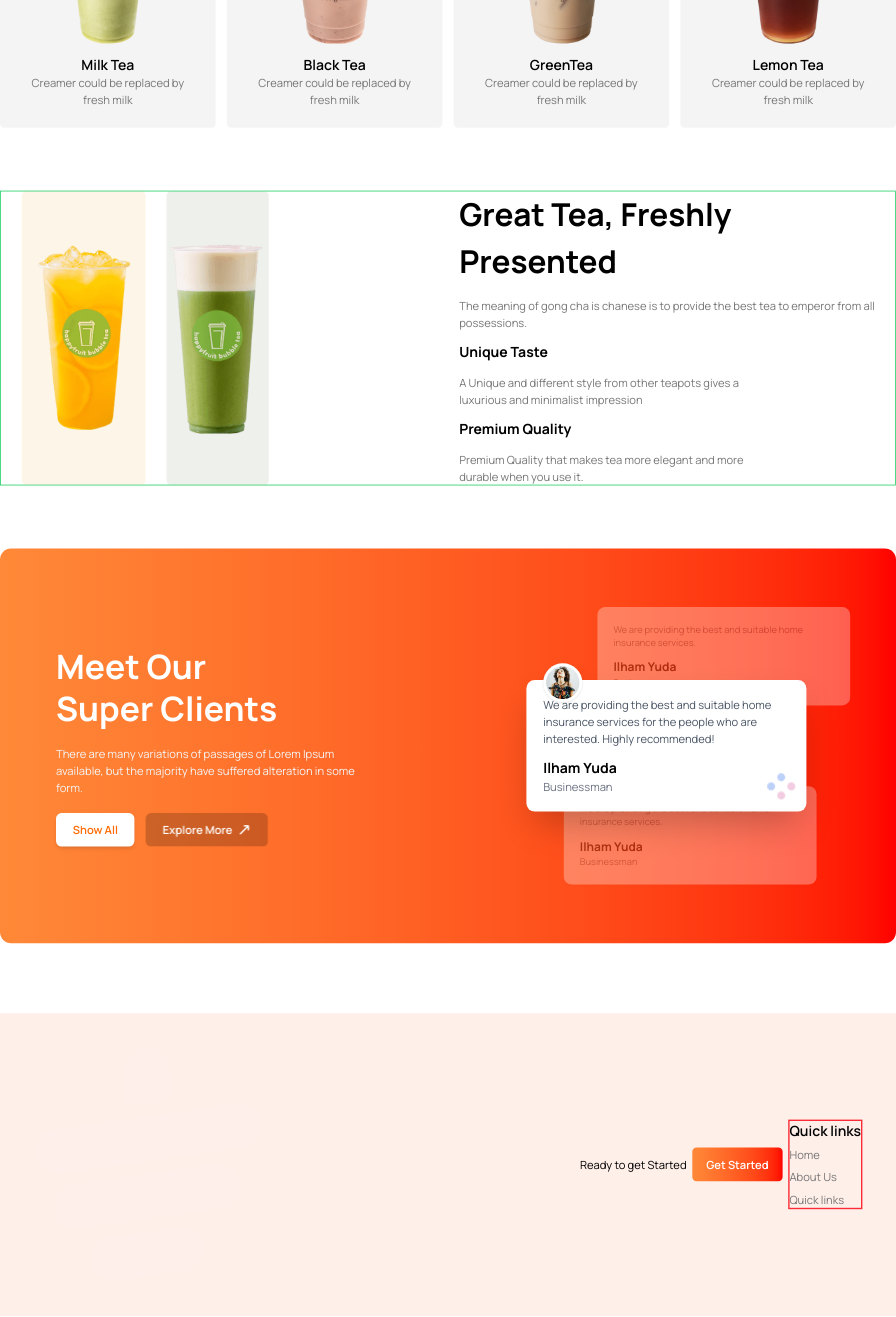
Repository: tanimtanzilislam/Tea-house
Page: index.html
The author's editor kept a copy of each file at every save. The page is drawn from the files as they stood at one save, then again after a run of saves.
The browser window is 1280 px wide. The pictures show the part of the page from y = 1108 to 3028 px (the page is 2989 px tall before and 3028 px after), at 70% of full size.
Some web libraries are served in a nearby version.

Above is the page before, as saved 2026-04-10 17:56:31.

### index.html
<!DOCTYPE html>
<html lang="en">
<head>
    <meta charset="UTF-8">
    <meta name="viewport" content="width=device-width, initial-scale=1.0">
    <title>Tea House</title>
    <!-- Tailwind css -->
     <script src="https://cdn.jsdelivr.net/npm/@tailwindcss/browser@4"></script>

     <!-- Google fonts -->
      <link rel="preconnect" href="https://fonts.googleapis.com">
<link rel="preconnect" href="https://fonts.gstatic.com" crossorigin>
<link href="https://fonts.googleapis.com/css2?family=Manrope:wght@200..800&family=Work+Sans:ital,wght@0,100..900;1,100..900&display=swap" rel="stylesheet">

<style>
    *{
        font-family: "Manrope", sans-serif;
    }
</style>

<!-- font awesome cdn -->
<link rel="stylesheet" href="https://cdnjs.cloudflare.com/ajax/libs/font-awesome/7.0.1/css/all.min.css" integrity="sha512-2SwdPD6INVrV/lHTZbO2nodKhrnDdJK9/kg2XD1r9uGqPo1cUbujc+IYdlYdEErWNu69gVcYgdxlmVmzTWnetw==" crossorigin="anonymous" referrerpolicy="no-referrer" />

</head>

<body>

<section class="grid grid-cols-1 md:grid-cols-2 container border mx-auto">
    <div class="banner-left space-y-30">
        <h2 class="text-[80px] font-bold">It's good <br>tea time at The <br> Tea House</h2>
        <p class="text-[#777777]">Tea and Botanical Solutions Supplier Give Optimum <br>Satisfaction To Your Taste Buds.</p>
        <button class="py-3 px-5 rounded-md text-white font-semibold bg-linear-to-r from-[#FF8938] to-[#FF0000]">
            Explore More
            <span class="-rotate-45 inline-block">
                <i class="fa-solid fa-arrow-right-long"></i>
            </span>
        </button>
    </div>

    <div class="banner-right flex justify-end items-end relative">
        <img src="./images/banner.png" alt="">

        <!-- Rating div -->
        <div class="bg-white rounded-xl shadow-2xl flex justify-between items-center gap-2 w-[250px] absolute bottom-[15px] left-[200px] py-[25px] px-[15px]">
            <img src="./images/Group 5.png" alt="">
            <h2 class="font-bold text-2xl">5.00</h2>
            <p>Trust Rating</p>
        </div>
    </div>
</section>

<!-- Featured section -->
<section class="container mx-auto my-[90px]">

    <div class="text-center max-w-[65%] mx-auto mb-[50px]">
        <h2 class="font-bold text-[45px]">Our Featured Products</h2>
        <p class="text-[#777777]">
            There are many variations of passages of Lorem Ipsum available, but the majority have suffered alteration.
        </p>
    </div>

    <div class="featured-card-parent grid grid-cols-1 sm:grid-cols-2 md:grid-cols-4 gap-4">

        <div class="featured-card bg-linear-to-b from-[#f4f4f4] to-[#f4f4f4] p-7 text-center rounded-md">
            <img src="./images/tea-1.png" alt="" class="mx-auto mb-4">
            <h2 class="font-semibold text-xl">Milk Tea</h2>
            <p class="text-[#777777]">Creamer could be replaced by fresh milk</p>
        </div>

        <div class="featured-card bg-linear-to-b from-[#f4f4f4] to-[#f4f4f4] p-7 text-center rounded-md">
            <img src="./images/tea-2.png" alt="" class="mx-auto mb-4">
            <h2 class="font-semibold text-xl">Black Tea</h2>
            <p class="text-[#777777]">Creamer could be replaced by fresh milk</p>
        </div>

        <div class="featured-card bg-linear-to-b from-[#f4f4f4] to-[#f4f4f4] p-7 text-center rounded-md">
            <img src="./images/tea-3.png" alt="" class="mx-auto mb-4">
            <h2 class="font-semibold text-xl">GreenTea</h2>
            <p class="text-[#777777]">Creamer could be replaced by fresh milk</p>
        </div>

        <div class="featured-card bg-linear-to-b from-[#f4f4f4] to-[#f4f4f4] p-7 text-center rounded-md">
            <img src="./images/tea-4.png" alt="" class="mx-auto mb-4">
            <h2 class="font-semibold text-xl">Lemon Tea</h2>
            <p class="text-[#777777]">Creamer could be replaced by fresh milk</p>
        </div>

    </div>
</section>

<!-- Great Tea sections -->
<section class="container mx-auto grid md:grid-cols-2 gap-8 mb-[90px] border border-green-500">

    <div class="great-tea-left flex gap-[30px] grid-cols-2 grid-rows-3">
        <div class="row-span-1 bg-linear-to-r from-[#ff0000] to-[#ff8938] opacity-10 rounded-md"></div>

        <div class="border-red-500 row-span-1 flex justify-center items-center bg-[#e6a6231a] rounded-md">
            <img src="./images/fresh-1.png" alt="">
        </div>

        <div class="border-red-500 row-span-2 flex justify-center items-center bg-[#5776391a] rounded-md">
            <img src="./images/fresh-2.png" alt="">
        </div>

        <div class="border-red-500 rounded-md"></div>
    </div>

    <div class="great-tea-right space-y-4">

        <h2 class="text-[45px] font-bold">Great Tea, Freshly <br>
             Presented</h2>

        <p class="text-[#777777]">
            The meaning of gong cha is chanese is to provide the best tea to emperor from all possessions.
        </p>

        <h2 class="font-bold text-[20px]">Unique Taste</h2>
        <p class="text-[#777777]">
            A Unique and different style from other teapots gives a <br> luxurious and minimalist impression
        </p>

        <h2 class="font-bold text-[20px]">Premium Quality</h2>
        <p class="text-[#777777]">
            Premium Quality that makes tea more elegant and more  <br>
            durable when you use it.
        </p>

    </div>

</section>

<!-- Meet our super client -->

<section class="container mx-auto grid md:grid-cols-2 gap-12 mb-[100px] bg-gradient-to-r from-[#ff8938] to-[#ff0000] p-6 md:p-[80px] text-white rounded-2xl">

    <!-- LEFT SIDE -->
    <div class="flex flex-col justify-center space-y-6">
        <h2 class="text-3xl md:text-[48px] font-bold leading-tight">
            Meet Our <br> Super Clients
        </h2>

        <p class="text-[#f4f4f4] max-w-md">
            There are many variations of passages of Lorem Ipsum available,
            but the majority have suffered alteration in some form.
        </p>

        <div class="flex gap-4 flex-wrap">
            <button class="py-3 px-6 rounded-lg font-semibold bg-white text-orange-500 shadow-md hover:scale-105 transition">
                Show All
            </button>

            <button class="py-3 px-6 rounded-lg font-semibold bg-black/20 backdrop-blur hover:bg-black/30 transition">
                Explore More
                <span class="-rotate-45 inline-block ml-1">
                    <i class="fa-solid fa-arrow-right-long"></i>
                </span>
            </button>
        </div>
    </div>

    <!-- RIGHT SIDE -->
    <div class="relative flex flex-col items-center md:items-end justify-center">

        <!-- BACK CARD (TOP) -->
        <div class="bg-white text-black rounded-xl p-6 w-full max-w-[380px] opacity-30 scale-95 translate-x-6">
            <p class="text-gray-500 text-sm">
                We are providing the best and suitable home insurance services.
            </p>
            <h2 class="font-bold text-lg mt-3">Ilham Yuda</h2>
            <h3 class="text-gray-500 text-sm">Businessman</h3>
        </div>

        <!-- MAIN CARD -->
        <div class="bg-white text-black rounded-xl p-6 w-full max-w-[400px] relative z-20 shadow-2xl -mt-10 md:-translate-x-12 hover:scale-105 transition duration-300">

            <p class="text-gray-600">
                We are providing the best and suitable home insurance services
                for the people who are interested. Highly recommended!
            </p>

            <h2 class="font-bold text-xl mt-4">Ilham Yuda</h2>
            <h3 class="text-gray-500">Businessman</h3>

            <!-- Avatar -->
            <div class="absolute -top-6 left-6 bg-white p-1 rounded-full shadow">
                <img src="./images/client.png" alt="" class="w-12 h-12 rounded-full">
            </div>

            <!-- Decoration -->
            <img src="./images/circles.png" alt="" class="absolute right-4 bottom-4 w-10 opacity-70">
        </div>

        <!-- BACK CARD (BOTTOM) -->
        <div class="bg-white text-black rounded-xl p-6 w-full max-w-[380px] opacity-30 scale-95 -translate-x-6 -mt-10">
            <p class="text-gray-500 text-sm">
                We are providing the best and suitable home insurance services.
            </p>
            <h2 class="font-bold text-lg mt-3">Ilham Yuda</h2>
            <h3 class="text-gray-500 text-sm">Businessman</h3>
        </div>

    </div>

</section>

<section>

 <footer class="bg-[#ffefe9] p-12">
    <div class=" container mx-auto bg-[#ffefe9]">
 <!-- footer top -->
        <div class="flex justify-between">
            <img src="./images/bg_cup.png" alt="">
            <div class="flex gap-2 items-center">
                <p> Ready to get Started</p>
                <button class="py-3 px-5 rounded-md text-white font-semibold bg-linear-to-r from-[#FF8938] to-[#FF0000]">
            Get Started

        </button>

<!-- Footer links -->

<div class="border-2 border-red-500">
    <ul class="space-y-2">
        <li class="font font-semibold text-xl">Quick links</li>
         <li class="text-[#777777]"><a href="">Home</a></li>
        <li class="text-[#777777]"><a href="">About Us</a></li>
        <li class="text-[#777777]"> <a href="">Quick links</a></li>
    </ul>
    <ul></ul>
    <ul></ul>
    <ul></ul>
</div>

            </div>

        </footer>
    </div>

    </div>
</section>
</body>
</html>

After the next 3 saves:
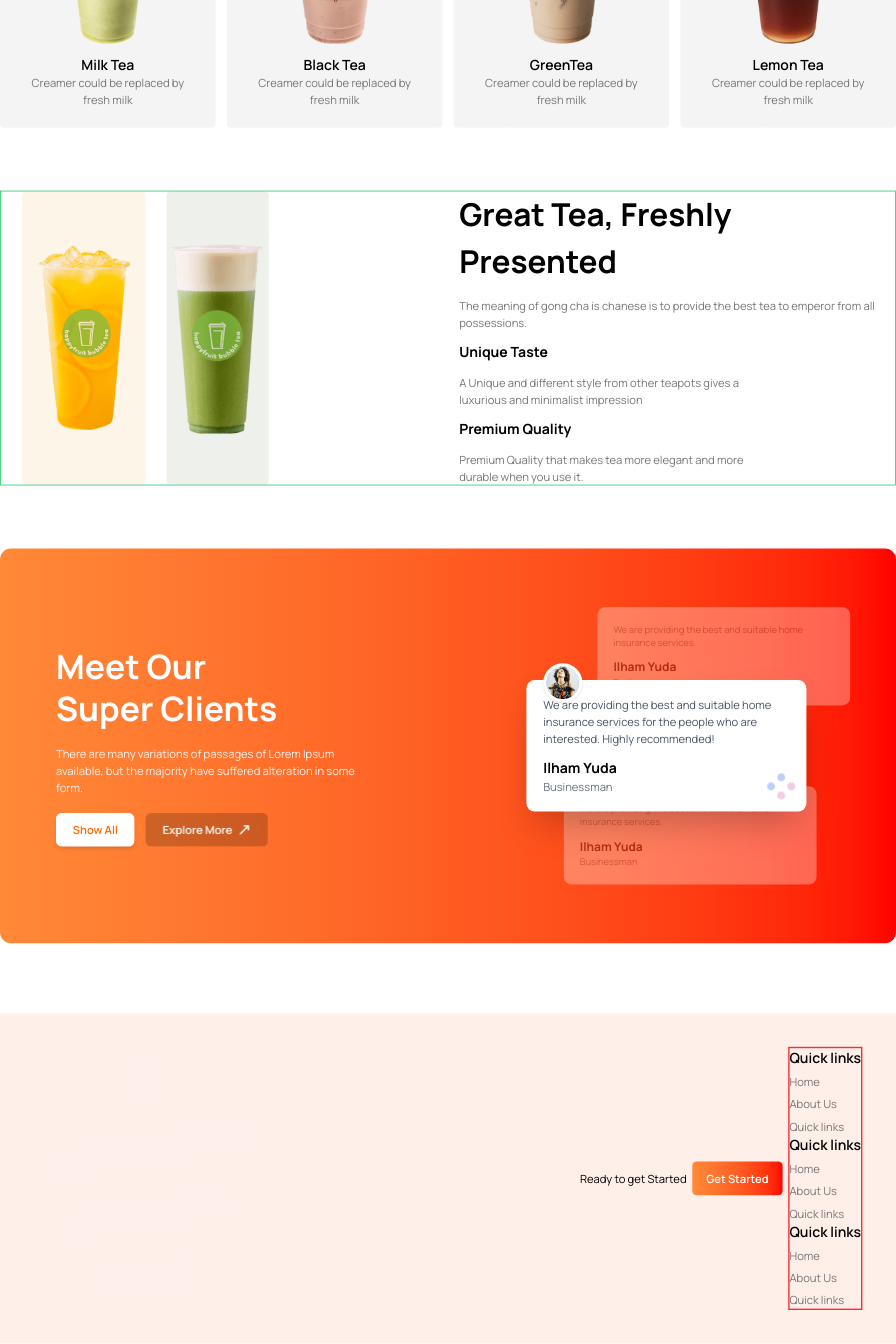
The 3 saves are shown as one change because they came seconds apart.
The last was saved 27 s later.
--- a/index.html
+++ b/index.html
@@ -226,6 +226,25 @@
         <li class="text-[#777777]"><a href="">About Us</a></li>
         <li class="text-[#777777]"> <a href="">Quick links</a></li>
     </ul>
+
+
+
+
+     <ul class="space-y-2">
+        <li class="font font-semibold text-xl">Quick links</li>
+         <li class="text-[#777777]"><a href="">Home</a></li>
+        <li class="text-[#777777]"><a href="">About Us</a></li>
+        <li class="text-[#777777]"> <a href="">Quick links</a></li>
+    </ul>
+
+
+
+     <ul class="space-y-2">
+        <li class="font font-semibold text-xl">Quick links</li>
+         <li class="text-[#777777]"><a href="">Home</a></li>
+        <li class="text-[#777777]"><a href="">About Us</a></li>
+        <li class="text-[#777777]"> <a href="">Quick links</a></li>
+    </ul>
     <ul></ul>
     <ul></ul>
     <ul></ul>
